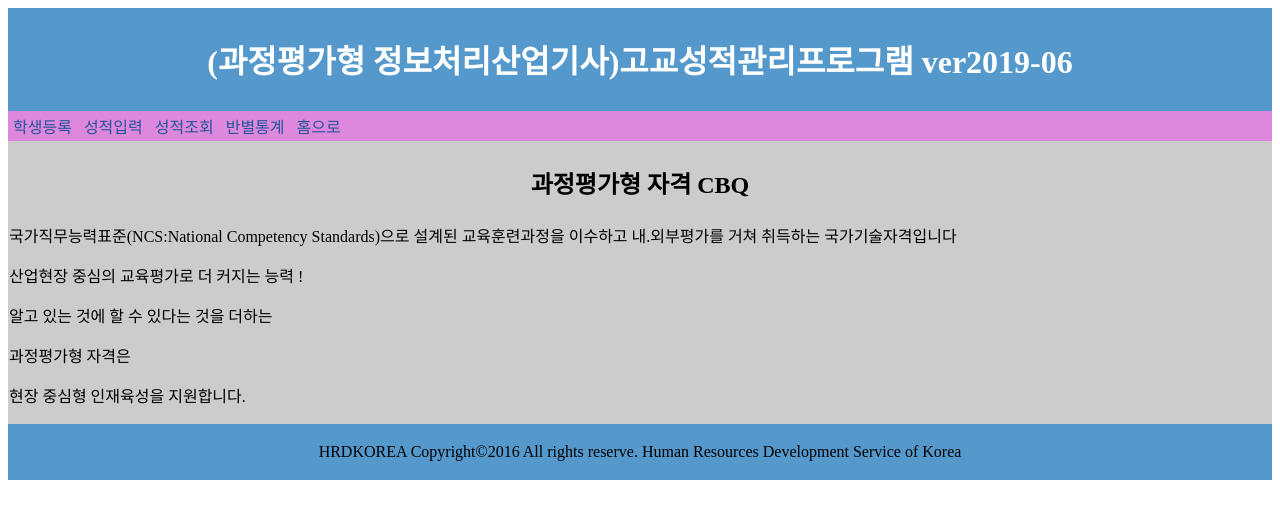
Repository: bolbbal/jdbc
Page: http://localhost/cbq_99/
The author's editor kept a copy of each file at every save. The page is drawn from the files as they stood at one save, then again after the next save.
The browser window is 1280 px wide. The pictures show the whole page.
The page is served by Tomcat 9.

Above is the page before, as saved 2024-08-26 05:34:56.

After the next save:
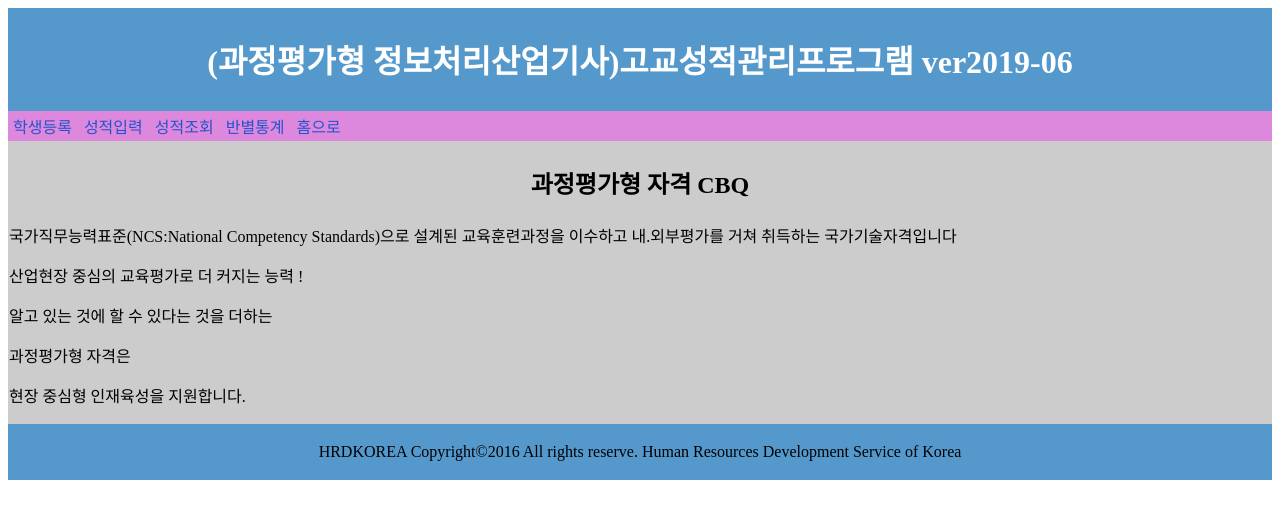
Saved 18 s later.
--- a/javastudy18/jspStudy/cbq_99/cbq_99/WebContent/index.jsp
+++ b/javastudy18/jspStudy/cbq_99/cbq_99/WebContent/index.jsp
@@ -28,7 +28,7 @@ nav {
 
 a {
 	text-decoration: none;
-	color: #259;
+	color: #25C;
 	display: inline-block;
 	padding: 2px 4px;
 }
